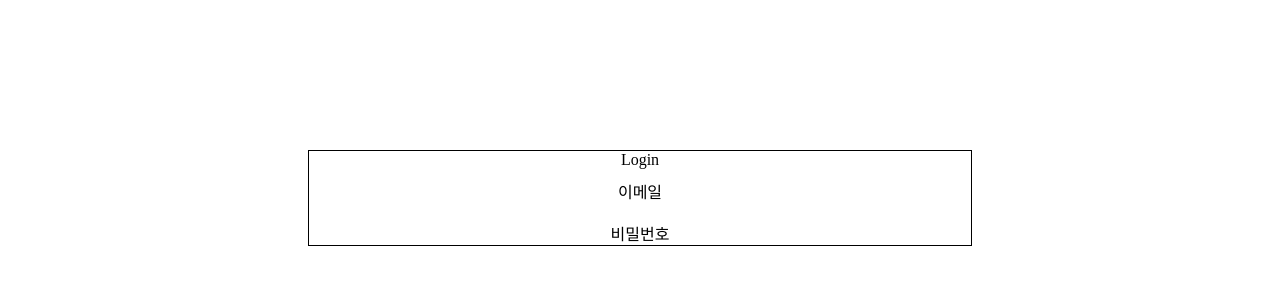
Repository: smandkd/Multicampus_Frontend
Page: http://localhost/Mulcam_Project/jsp/login.jsp
These files come from the project's save history. The page is drawn as it stood at one moment and after the next save; the edit follows.
The browser window is 1280 px wide. The pictures show the whole page.
The page is served by Tomcat 9.

Above is the page before, as saved 2022-01-30 02:01:48.

After the next save:
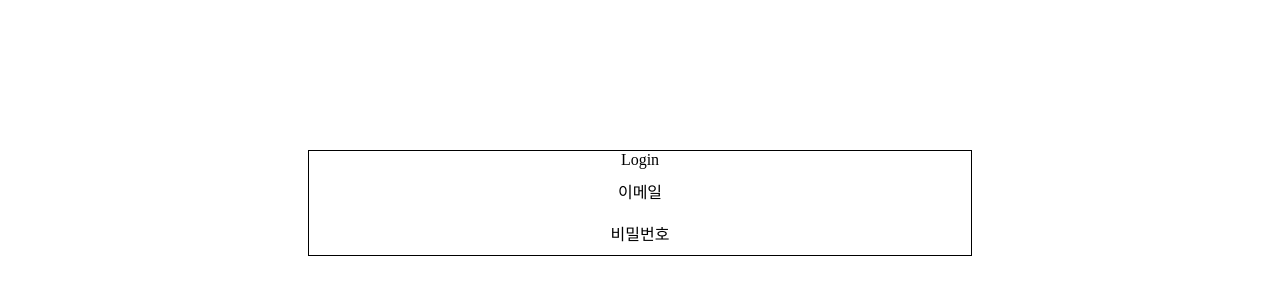
Saved 30 s later.
--- a/Mulcam_Project/jsp/login.jsp
+++ b/Mulcam_Project/jsp/login.jsp
@@ -15,6 +15,9 @@
 .b {
 	margin-top:10px;
 }
+.c {
+	margin-bottom:10px;
+}
 </style>
 </head>
 <body>
@@ -26,7 +29,7 @@
 		이메일
 		</div>
 		<br/>
-		<div>
+		<div class="c">
 		비밀번호
 		</div>
 	</div>
